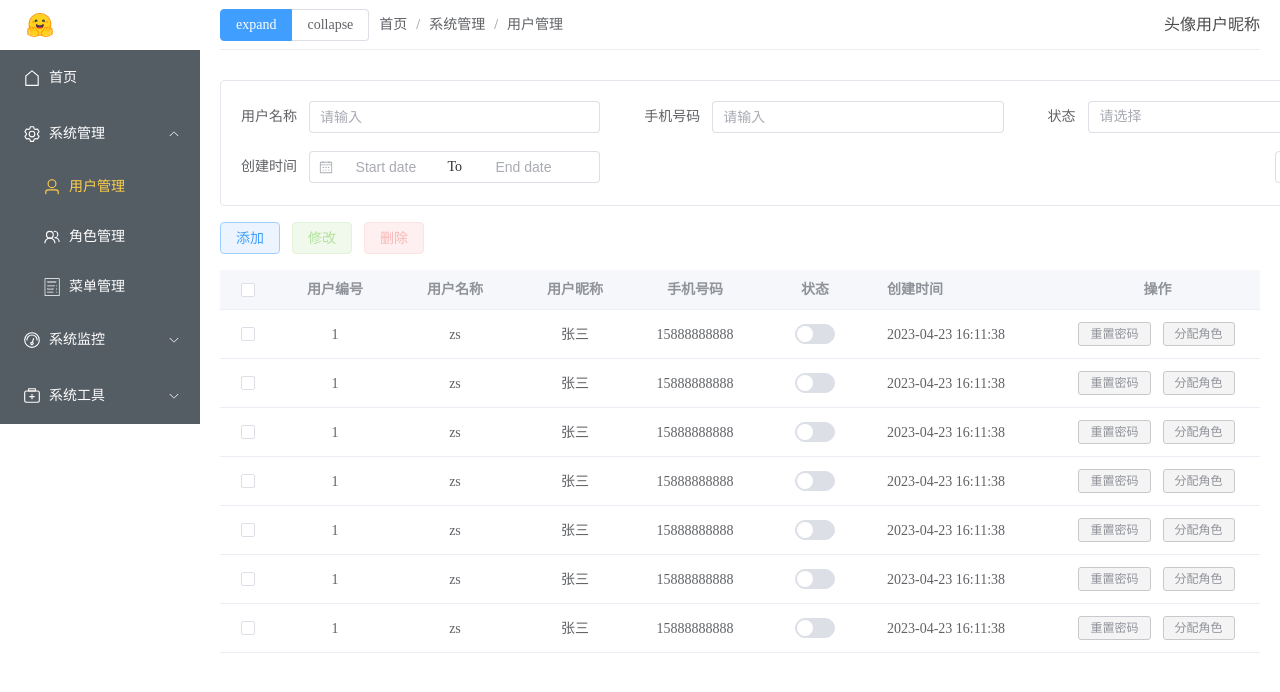
Repository: 202100202078/SignInBox
Page: /admin/system/user
These files come from the project's save history. The page is drawn as it stood at one moment and after the next save; the edit follows.
The browser window is 1280 px wide. The pictures show the whole page.
The project was rebuilt for these pictures with package versions that can differ from the ones it lists, and the page was loaded fresh each time. Also part of the build but not shown: vite.config.js, src/components/FilterLayout.vue, src/components/PageFooter.vue, src/components/TableLayout.vue, src/components/ToolTip.vue, src/assets/fonts/iconfont/iconfont.js, src/assets/style/variables.module.scss.

Above is the page before, as saved 2024-01-30 16:38:36.

After the next save:
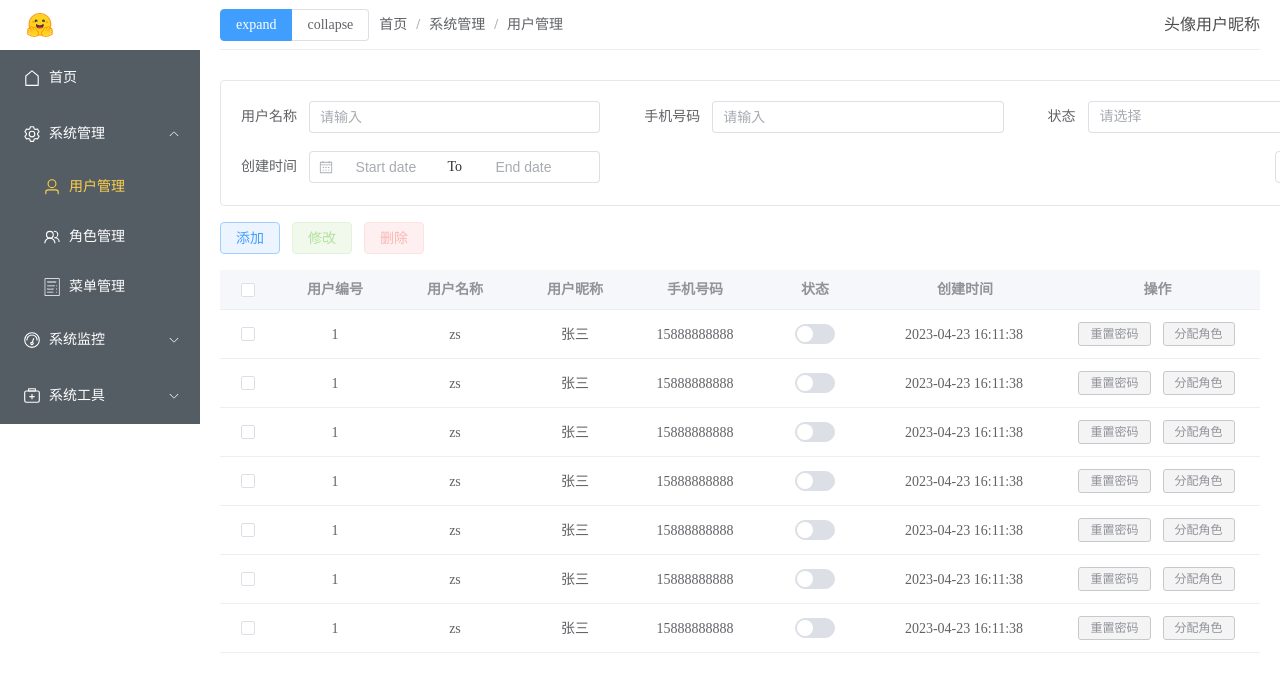
Saved 6 s later.
--- a/src/views/admin/system/UserManagement.vue
+++ b/src/views/admin/system/UserManagement.vue
@@ -273,6 +273,7 @@ const rules = {}
         </template>
       </el-table-column>
       <el-table-column
+        align="center"
         property="createDate"
         label="创建时间"
         width="180"
